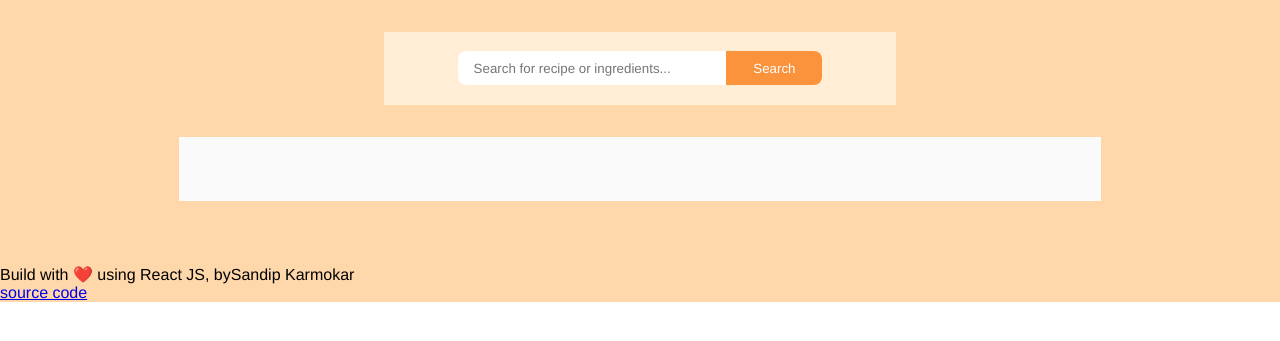
Repository: sandipkarmokar/recipeApp
Page: /
These files come from the project's save history. The page is drawn as it stood at one moment and after the next save; the edit follows.
The browser window is 1280 px wide. The pictures show the whole page.
The page's requests for data from a server got no answer. The project was rebuilt for these pictures with package versions that can differ from the ones it lists, and the page was loaded fresh each time. No one was signed in, and anything a server would have sent is missing. Also part of the build but not shown: src/components/data.js, src/components/listView.js, src/components/recipeShow.js.

Above is the page before, as saved 2022-05-01 12:10:17.

After the next save:
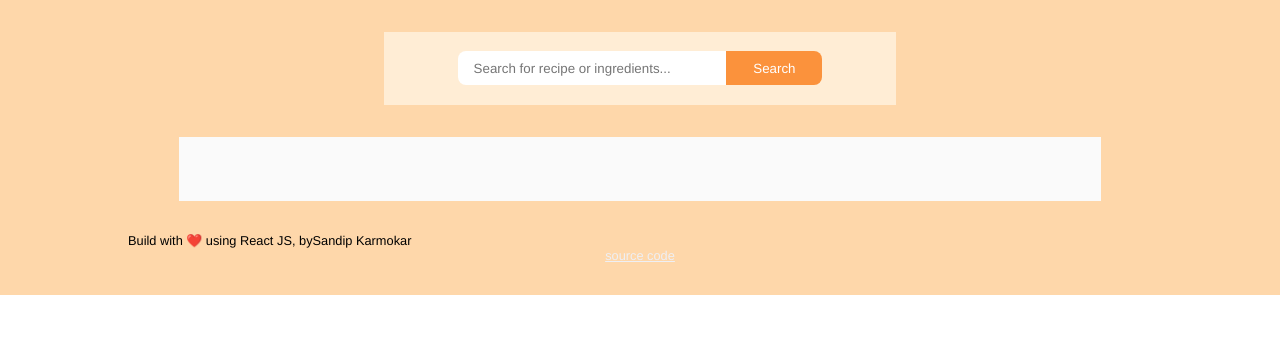
Saved 6 s later.
--- a/src/App.js
+++ b/src/App.js
@@ -72,21 +72,21 @@ const App = () => {
                         ''
                     )}
                 </div>
+                <footer>
+                    <p>
+                        Build with ❤️ using React JS, by
+                        <span className="underline">Sandip Karmokar</span>
+                    </p>
+
+                    <a
+                        href="https://github.com/sandipkarmokar/recipeApp"
+                        rel="noreferrer"
+                        target="_blank"
+                    >
+                        source code
+                    </a>
+                </footer>
             </div>
-            <footer>
-                <p>
-                    Build with ❤️ using React JS, by
-                    <span className="underline">Sandip Karmokar</span>
-                </p>
-
-                <a
-                    href="https://github.com/sandipkarmokar/recipeApp"
-                    rel="noreferrer"
-                    target="_blank"
-                >
-                    source code
-                </a>
-            </footer>
         </div>
     );
 };
